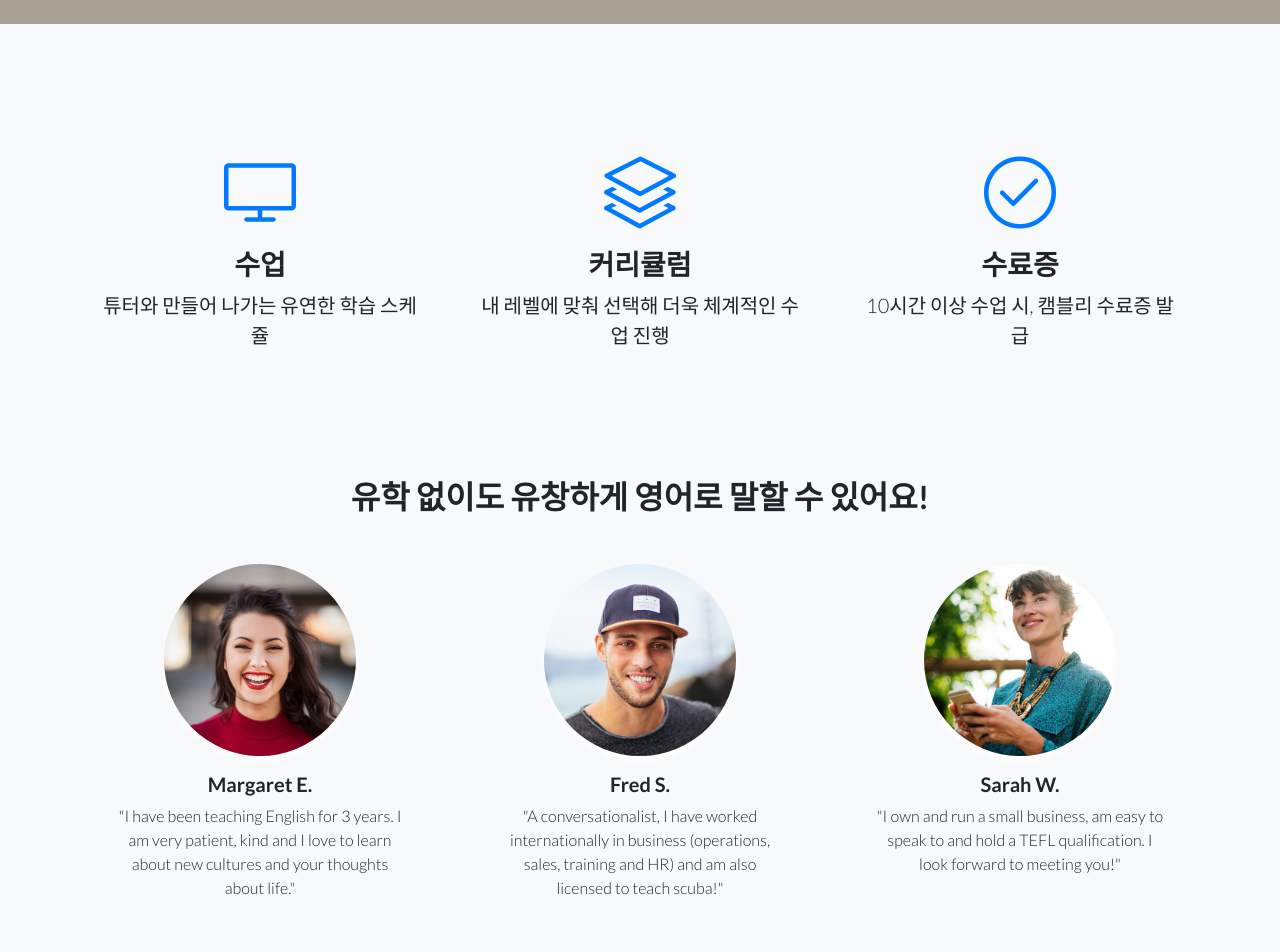
Repository: Toriikk/TEAM2_JSP_Project
Page: http://localhost/COBS/
These files come from the project's save history. The page is drawn as it stood at one moment and after the next save; the edit follows.
The browser window is 1280 px wide. The pictures show the part of the page from y = 955 to 1907 px (the page is 2481 px tall before and 2511 px after).
Pictures or frames that could not be fetched are drawn as grey boxes. The page is served by Tomcat 9.

Above is the page before, as saved 2022-07-22 11:26:12.

After the next save:
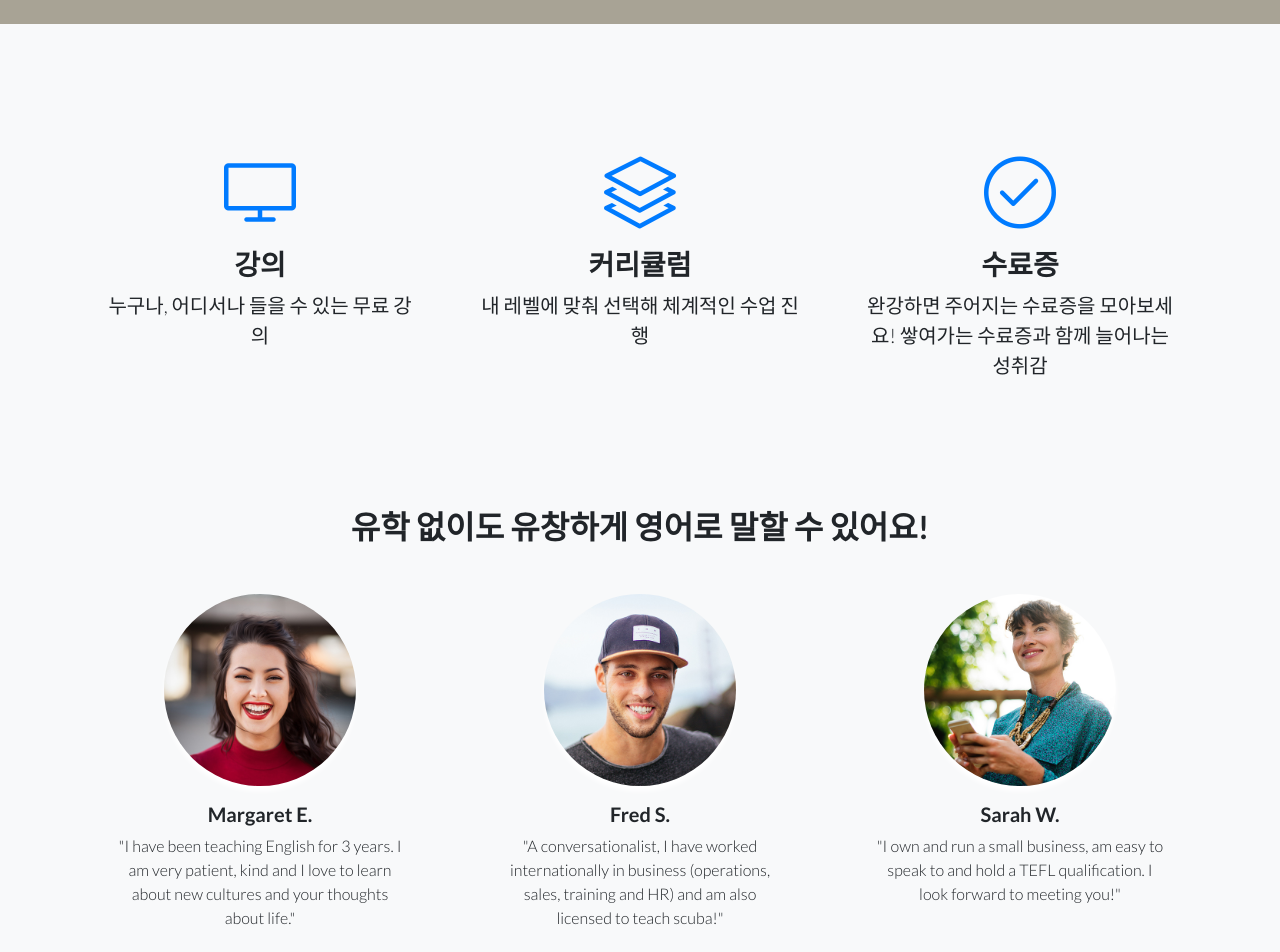
Saved 2 min 20 s later.
--- a/COBS/WebContent/index.jsp
+++ b/COBS/WebContent/index.jsp
@@ -36,8 +36,8 @@ h1{
             <div class="features-icons-icon d-flex">
               <i class="icon-screen-desktop m-auto text-primary"></i>
             </div>
-            <h3>수업</h3>
-            <p class="lead mb-0">튜터와 만들어 나가는 유연한 학습 스케쥴</p>
+            <h3>강의</h3>
+            <p class="lead mb-0">누구나, 어디서나 들을 수 있는 무료 강의</p>
           </div>
         </div>
         <div class="col-lg-4">
@@ -46,7 +46,7 @@ h1{
               <i class="icon-layers m-auto text-primary"></i>
             </div>
             <h3>커리큘럼</h3>
-            <p class="lead mb-0">내 레벨에 맞춰 선택해 더욱 체계적인 수업 진행</p>
+            <p class="lead mb-0">내 레벨에 맞춰 선택해 체계적인 수업 진행</p>
           </div>
         </div>
         <div class="col-lg-4">
@@ -55,7 +55,7 @@ h1{
               <i class="icon-check m-auto text-primary"></i>
             </div>
             <h3>수료증</h3>
-            <p class="lead mb-0">10시간 이상 수업 시, 캠블리 수료증 발급</p>
+            <p class="lead mb-0">완강하면 주어지는 수료증을 모아보세요! 쌓여가는 수료증과 함께 늘어나는 성취감</p>
           </div>
         </div>
       </div>
